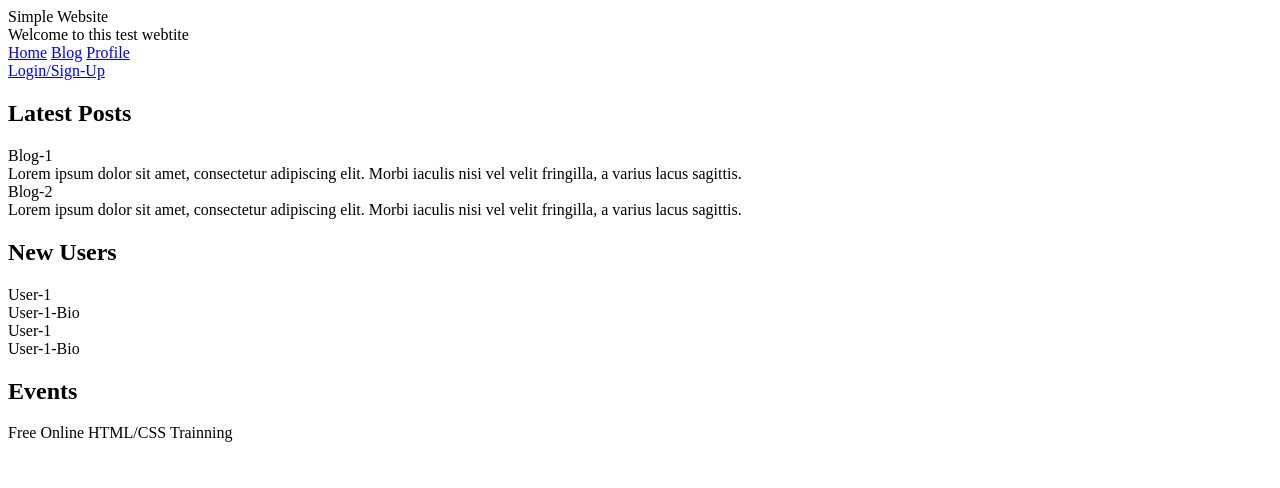
Repository: AbeTavarez/aws_sample_apps
Page: basic_website/index.html
The author's editor kept a record of every edit. The page is drawn from the files as they stood at one moment, then again after the next edit.
The browser window is 1280 px wide. The pictures show the whole page.

Above is the page before.

### basic_website/index.html
<!DOCTYPE html>
<html>
    <head>

    </head>
    <body>
        <header>
            <div>Simple Website</div>
            <div>Welcome to this test webtite</div>
        </header>

        <nav>
            <a href="#home">Home</a>
            <a href="#blog">Blog</a>
            <a href="profile">Profile</a>
            <div href="#log-menu">
                <a href="#login">Login/Sign-Up</a>
            </div>
        </nav>

        <main>
            <!--Latest posts section-->
            <section class="latest-posts">
                <h2>Latest Posts</h2>

                <div class="last-two-posts">

                    <div class="post-card">
                        <div class="post-card-title">Blog-1</div>
                        <div class="post-card-body">
                            Lorem ipsum dolor sit amet, consectetur adipiscing elit.
                            Morbi iaculis nisi vel velit fringilla, a varius lacus sagittis.
                        </div>

                         <div class="post-card">
                        <div class="post-card-title">Blog-2</div>
                        <div class="cpost-ard-body">
                            Lorem ipsum dolor sit amet, consectetur adipiscing elit.
                            Morbi iaculis nisi vel velit fringilla, a varius lacus sagittis.
                        </div>

                    </div>
                </div>
            </section>
            <!--New users section -->
            <section class="new-users">
                <h2>New Users</h2>

                <div class="last-two-users">

                    <div class="users-card">
                        <div class="users-card-name">User-1</div>
                        <div class="users-card-bio">User-1-Bio</div>
                    </div>

                     <div class="users-card">
                        <div class="users-card-name">User-1</div>
                        <div class="users-card-bio">User-1-Bio</div>
                    </div>
                </div>
            </section>

            <section class="events">
                <h2>Events</h2>

                <div class="latest-events">

                    <div class="event-card">Free Online HTML/CSS Trainning</div>

                </div>
            </section>
        </main>


    </body>
</html>

After the next edit:
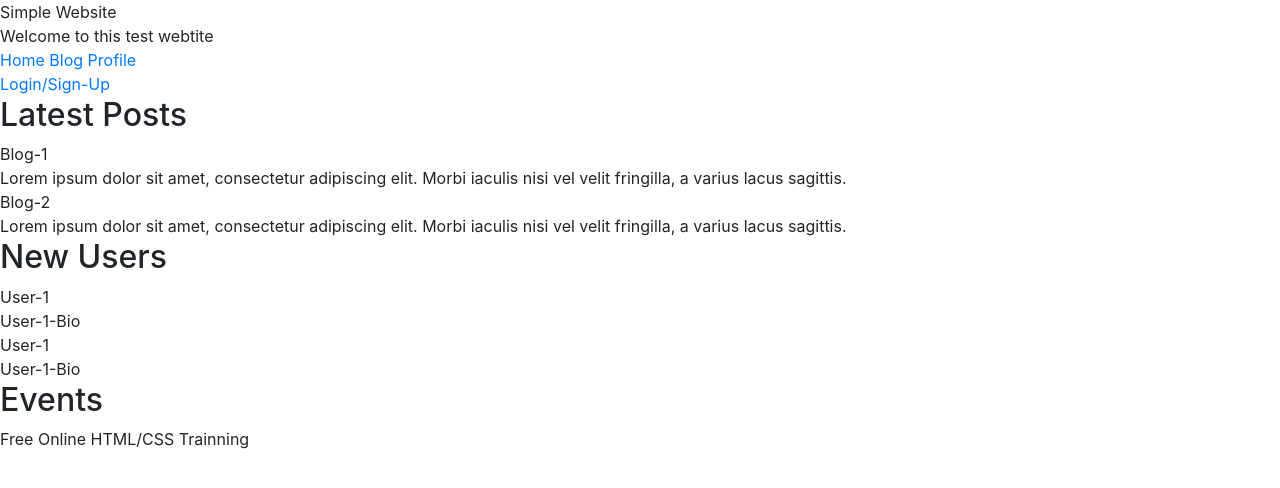
The edit:
--- a/basic_website/index.html
+++ b/basic_website/index.html
@@ -1,7 +1,7 @@
 <!DOCTYPE html>
 <html>
     <head>
-
+        <link rel="stylesheet" href="https://stackpath.bootstrapcdn.com/bootstrap/4.5.2/css/bootstrap.min.css" integrity="sha384-JcKb8q3iqJ61gNV9KGb8thSsNjpSL0n8PARn9HuZOnIxN0hoP+VmmDGMN5t9UJ0Z" crossorigin="anonymous">
     </head>
     <body>
         <header>
